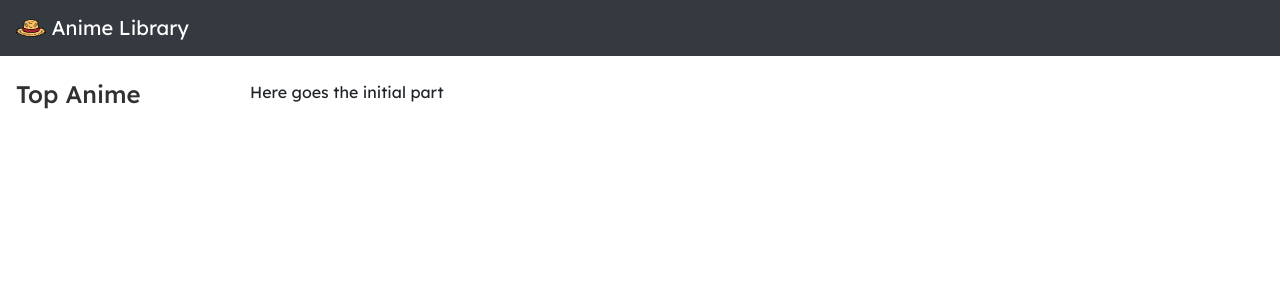
Repository: cuitlazotlac/anime-library
Page: /
The author's editor kept a copy of each file at every save. The page is drawn from the files as they stood at one save, then again after the next save.
The browser window is 1280 px wide. The pictures show the whole page.
The page's requests for data from a server got no answer. The project was rebuilt for these pictures with package versions that can differ from the ones it lists, and the page was loaded fresh each time. No one was signed in, and anything a server would have sent is missing. Also part of the build but not shown: src/components/AnimeCard.js, src/components/MainContent.js.

Above is the page before, as saved 2021-05-05 00:16:36.

After the next save:
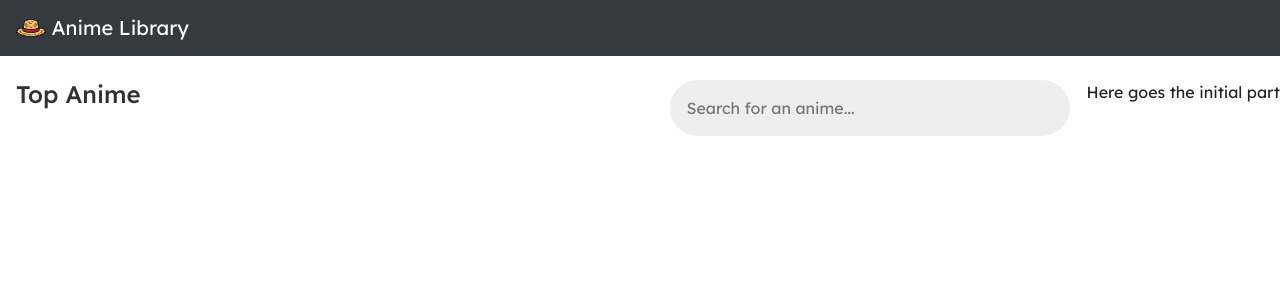
Saved 17 s later.
--- a/src/App.js
+++ b/src/App.js
@@ -2,7 +2,7 @@ import { useState, useEffect, useLayoutEffect } from "react";
 import Header from "./components/Header";
 import Sidebar from "./components/Sidebar";
 import MainContent from "./components/MainContent";
-import Search from "./components/SearchBar";
+import SearchBar from "./components/SearchBar";
 
 function App() {
   const [animeList, SetAnimeList] = useState([]);
@@ -41,6 +41,7 @@ function App() {
       <br />
       <div className="content-wrap">
         <Sidebar topAnime={topAnime} />
+        <SearchBar />
         {typeof search.title != "undefined" ? (
           <MainContent
             HandleSearch={HandleSearch}
